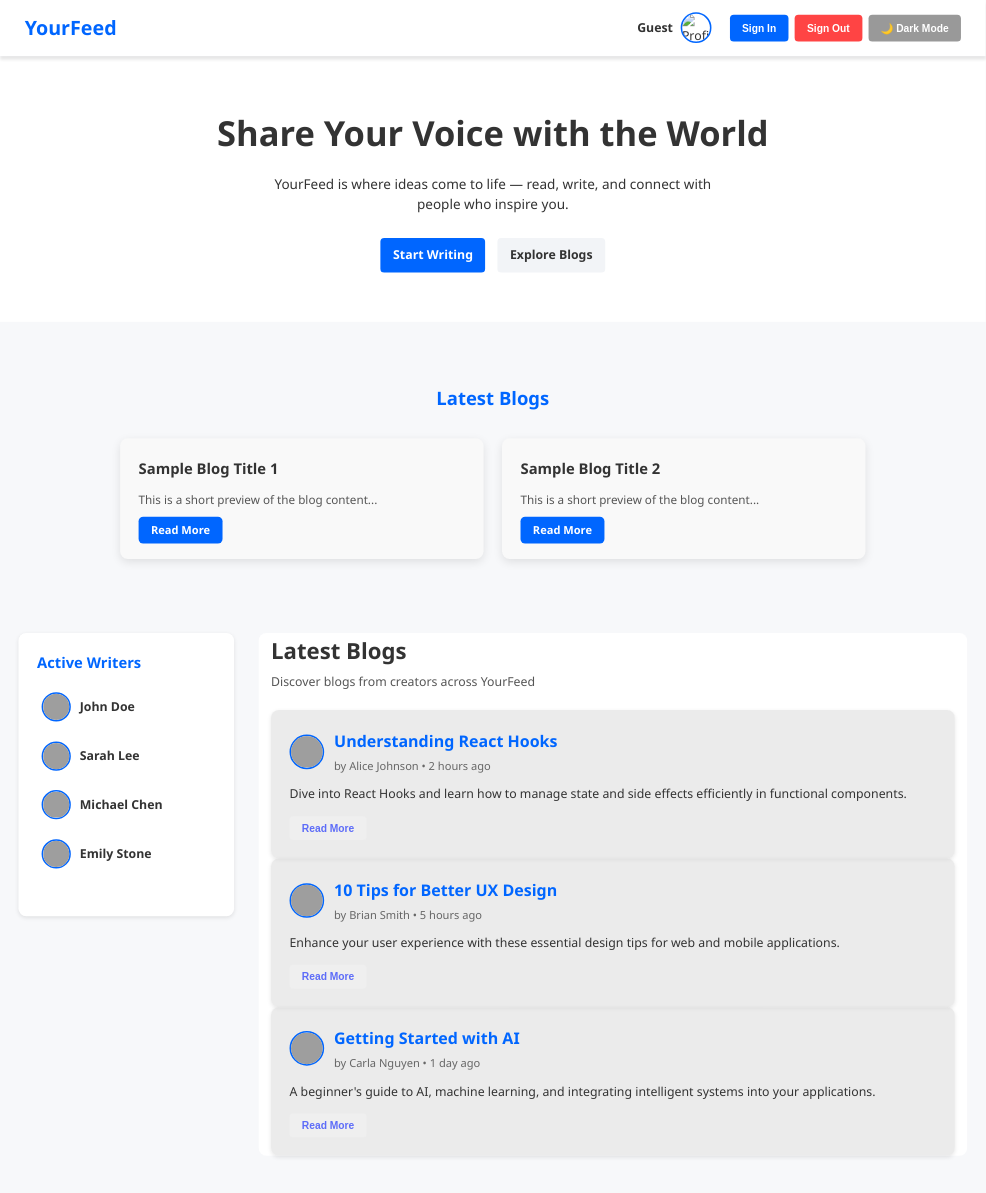
Repository: rizwanahmed2022/YourFees-BlogingApp
Page: index.html
The author's editor kept a copy of each file at every save. The page is drawn from the files as they stood at one save, then again after the next save.
The browser window is 1280 px wide. The pictures show the whole page, at 77% of full size.
Pictures or frames that could not be fetched are drawn as grey boxes.

Above is the page before, as saved 2025-11-09 21:49:44.

### index.html
<!DOCTYPE html>
<html lang="en">
<head>
  <meta charset="UTF-8" />
  <meta name="viewport" content="width=device-width, initial-scale=1.0" />
  <title>Home | YourFeed</title>
  <link rel="stylesheet" href="styles/home.css">
</head>
<body>

  <!-- Navbar -->
  <header class="navbar">
    <div class="logo">YourFeed</div>

    <div class="user-section">
      <div class="user-info">
        <span class="user-name">Guest</span>
        <img src="#" alt="Profile Picture" class="profile-pic">
      </div>

      <div class="auth-buttons">
        <button id="signin-btn" class="btn sign-in"><a style="color: white; text-decoration: none;" href="login.html">Sign In</a></button>
        <button id="logout-btn" class="btn sign-out"><a style="color: white; text-decoration: none;" href="register.html">Sign Out</a></button>
        <button id="dark-mode-toggle" class="btn">🌙 Dark Mode</button>
      </div>
    </div>
  </header>




<!-- Hero Section -->
<section class="hero">
  <div class="hero-content">
    <h1>Share Your Voice with the World</h1>
    <p>YourFeed is where ideas come to life — read, write, and connect with people who inspire you.</p>
    <div class="hero-buttons">
      <a id="startwriting" href="post.html" class="btn primary">Start Writing</a>
      <a href="#" class="btn secondary">Explore Blogs</a>
    </div>
  </div>
</section>

<!-- Latest Blogs Section -->
<section class="latest-blogs">
  <h2>Latest Blogs</h2>
  <div class="blogs-container">
    <!-- Blog items will be added here dynamically -->
    <div class="blog-item">
      <h3>Sample Blog Title 1</h3>
      <p>This is a short preview of the blog content...</p>
      <a href="#" class="btn read-more">Read More</a>
    </div>
    <div class="blog-item">
      <h3>Sample Blog Title 2</h3>
      <p>This is a short preview of the blog content...</p>
      <a href="#" class="btn read-more">Read More</a>
    </div>
  </div>
</section>

  <!-- Main Layout: Sidebar + Feed -->
  <main class="main-layout">

    <!-- Sidebar -->
    <aside class="sidebar">
      <h3 class="sidebar-title">Active Writers</h3>
      <ul class="user-list">
        <li><img src="https://randomuser.me/api/portraits/men/11.jpg" alt="John Doe"><span>John Doe</span></li>
        <li><img src="https://randomuser.me/api/portraits/women/17.jpg" alt="Sarah Lee"><span>Sarah Lee</span></li>
        <li><img src="https://randomuser.me/api/portraits/men/5.jpg" alt="Michael Chen"><span>Michael Chen</span></li>
        <li><img src="https://randomuser.me/api/portraits/women/33.jpg" alt="Emily Stone"><span>Emily Stone</span></li>
      </ul>


    </aside>

    <!-- Feed Section -->
    <section class="feed-section">
      <h2 class="section-title">Latest Blogs</h2>
      <p class="section-subtitle">Discover blogs from creators across YourFeed</p
      <div class="feed">
        <!-- Blog Card 1 -->
        <div class="blog-card">
          <div class="blog-header">
            <img src="https://randomuser.me/api/portraits/men/20.jpg" alt="Alice" class="user-avatar">
            <div class="blog-info">
              <div class="blog-title">Understanding React Hooks</div>
              <div class="blog-meta">by Alice Johnson • 2 hours ago</div>
            </div>
          </div>
          <p class="blog-desc">
            Dive into React Hooks and learn how to manage state and side effects efficiently in functional components.
          </p>
          <button class="see-all-btn">Read More</button>
        </div>

        <!-- Blog Card 2 -->
        <div class="blog-card">
          <div class="blog-header">
            <img src="https://randomuser.me/api/portraits/women/22.jpg" alt="Brian" class="user-avatar">
            <div class="blog-info">
              <div class="blog-title">10 Tips for Better UX Design</div>
              <div class="blog-meta">by Brian Smith • 5 hours ago</div>
            </div>
          </div>
          <p class="blog-desc">
            Enhance your user experience with these essential design tips for web and mobile applications.
          </p>
          <button class="see-all-btn">Read More</button>
        </div>

        <!-- Blog Card 3 -->
        <div class="blog-card">
          <div class="blog-header">
            <img src="https://randomuser.me/api/portraits/men/30.jpg" alt="Carla" class="user-avatar">
            <div class="blog-info">
              <div class="blog-title">Getting Started with AI</div>
              <div class="blog-meta">by Carla Nguyen • 1 day ago</div>
            </div>
          </div>
          <p class="blog-desc">
            A beginner's guide to AI, machine learning, and integrating intelligent systems into your applications.
          </p>
          <button class="see-all-btn">Read More</button>
        </div>
      </div>
    </section>
  </main>

  <!-- Dark Mode & Auth JS -->
  <script>
    const darkModeToggle = document.getElementById('dark-mode-toggle');
    darkModeToggle.addEventListener('click', () => {
      document.body.classList.toggle('dark-mode');
      if(document.body.classList.contains('dark-mode')){
        darkModeToggle.textContent = '☀️ Light Mode';
      } else {
        darkModeToggle.textContent = '🌙 Dark Mode';
      }
    });

  </script>

</body>
</html>

### styles/home.css

    /* ===================
       Color Variables
    =================== */
    :root {
      --color-primary: #0066ff;
      --color-primary-hover: #0052cc;
      --color-danger: #ff4444;
      --color-danger-hover: #cc0000;

      --color-bg: #ffffff;
      --color-bg-light: #f7f8fa;
      --color-text: #333333;
      --color-shadow: rgba(0, 0, 0, 0.1);

      --color-dark-bg: #1e1e1e;
      --color-dark-bg-light: #2c2c2c;
      --color-dark-text: #f0f0f0;
    }

    /* ===================
       General Reset
    =================== */
    * {
      margin: 0;
      padding: 0;
      box-sizing: border-box;
    }

    body {
      font-family: "Segoe UI", Tahoma, Geneva, Verdana, sans-serif;
      background-color: var(--color-bg-light);
      color: var(--color-text);
      line-height: 1.6;
      transition: background-color 0.3s, color 0.3s;
    }

    body.dark-mode {
      background-color: var(--color-dark-bg-light);
      color: var(--color-dark-text);
    }

    /* ===================
       Navbar Base
    =================== */
    .navbar {
      display: flex;
      justify-content: space-between;
      align-items: center;
      background-color: var(--color-bg);
      padding: 1rem 2rem;
      box-shadow: 0 5px 4px var(--color-shadow);
      position: sticky;
      top: 0;
      z-index: 100;
      flex-wrap: wrap;
      transition: background-color 0.3s;
    }

    body.dark-mode .navbar {
      background-color: var(--color-dark-bg);
    }

    .logo {
      font-size: 1.6rem;
      font-weight: 700;
      color: var(--color-primary);
      cursor: pointer;
    }

    /* ===================
       Nav Links
    =================== */
    .nav-links {
      display: flex;
      align-items: center;
      gap: 1.5rem;
    }

    .nav-item {
      text-decoration: none;
      color: var(--color-text);
      font-weight: 600;
      transition: color 0.2s ease;
    }

    .nav-item:hover {
      color: var(--color-primary);
    }

    /* ===================
       User Section
    =================== */
    .user-section {
      display: flex;
      align-items: center;
      gap: 1.5rem;
    }

    .user-info {
      display: flex;
      align-items: center;
      gap: 0.6rem;
    }

    .user-name {
      font-weight: 600;
      color: var(--color-text);
    }

    body.dark-mode .user-name {
      color: var(--color-dark-text);
    }

    .profile-pic {
      width: 40px;
      height: 40px;
      border-radius: 50%;
      object-fit: cover;
      border: 2px solid var(--color-primary);
      cursor: pointer;
      transition: transform 0.2s;
    }

    .profile-pic:hover {
      transform: scale(1.05);
    }

    /* ===================
       Auth Buttons
    =================== */
    .auth-buttons {
      display: flex;
      gap: 0.5rem;
    }

    a{
      text-decoration: none;
    }
    .btn {
      padding: 0.6rem 1rem;
      border: none;
      border-radius: 5px;
      font-weight: 600;
      cursor: pointer;
      transition: background-color 0.2s, transform 0.1s;
    }

    .btn:active {
      transform: scale(0.97);
    }

    .sign-in {
      background-color: var(--color-primary);
      color: white;
    }

    .sign-in:hover {
      background-color: var(--color-primary-hover);
    }

    .sign-out {
      background-color: var(--color-danger);
      color: white;
    }

    .sign-out:hover {
      background-color: var(--color-danger-hover);
    }

    /* Dark mode toggle */
    #dark-mode-toggle {
      background-color: #999;
      color: #fff;
    }

    /* ===================
       Responsive Navbar
    =================== */
    @media (max-width: 900px) {
      .navbar {
        padding: 1rem;
      }

      .nav-links {
        flex: 1 1 100%;
        justify-content: center;
        margin-top: 0.5rem;
      }

      .user-section {
        flex: 1 1 100%;
        justify-content: space-between;
        margin-top: 0.5rem;
      }
    }

    @media (max-width: 600px) {
      .navbar {
        flex-direction: column;
        align-items: flex-start;
        padding: 1rem;
      }

      .logo {
        font-size: 1.4rem;
        margin-bottom: 0.5rem;
      }

      .nav-links {
        width: 100%;
        flex-direction: column;
        align-items: flex-start;
        gap: 0.5rem;
      }

      .nav-item {
        font-size: 1rem;
        width: 100%;
      }

      .user-section {
        width: 100%;
        flex-direction: column;
        align-items: flex-start;
        gap: 0.8rem;
      }

      .auth-buttons {
        width: 100%;
        flex-direction: column;
      }

      .btn {
        width: 100%;
      }

      .user-name {
        display: inline;
      }
    }

    /* ===================
   Responsive Navbar
=================== */
@media (max-width: 600px) {
  .navbar {
    flex-direction: row;
    justify-content: space-between;
    align-items: center;
    padding: 0.8rem 1rem;
  }

  .logo {
    font-size: 1.4rem;
  }

  .nav-links {
    display: none; /* hide nav links on mobile */
  }

  .user-section {
    flex-direction: row;
    align-items: center;
    gap: 0.5rem;
  }

  .user-name {
    display: none; /* hide username */
  }

  .auth-buttons button {
    display: none; /* hide all auth buttons */
  }

  #dark-mode-toggle {
    display: inline-block; /* only show dark mode toggle */
    width: auto;
    padding: 0.4rem 0.6rem;
    font-size: 1.2rem;
  }
}
/* ===================
   Hero Section
=================== */
.hero {
  background-color: var(--color-bg);
  color: var(--color-text);
  text-align: center;
  padding: 4rem 1rem;
}

.hero-content h1 {
  font-size: 2.8rem;
  margin-bottom: 1rem;
}

.hero-content p {
  font-size: 1.1rem;
  margin-bottom: 2rem;
  max-width: 600px;
  margin-left: auto;
  margin-right: auto;
  line-height: 1.5;
}

.hero-buttons {
  display: flex;
  justify-content: center;
  gap: 1rem;
  flex-wrap: wrap;
}

.btn.primary {
  background-color: var(--color-primary);
  color: white;
}

.btn.primary:hover {
  background-color: var(--color-primary-hover);
}

.btn.secondary {
  background-color: #f2f4f7;
  color: var(--color-text);
}

.btn.secondary:hover {
  background-color: #e2e6ea;
}

/* ===================
   Latest Blogs Section
=================== */
.latest-blogs {
  background-color: var(--color-card-bg);
  padding: 3rem 1rem;
  margin-top: 2rem;
  border-radius: 12px;
  max-width: 1000px;
  margin-left: auto;
  margin-right: auto;
}

.latest-blogs h2 {
  text-align: center;
  margin-bottom: 2rem;
  color: var(--color-primary);
}

.blogs-container {
  display: grid;
  grid-template-columns: repeat(auto-fit, minmax(250px, 1fr));
  gap: 1.5rem;
}

.blog-item {
  background-color: #f9f9f9;
  padding: 1.5rem;
  border-radius: 10px;
  box-shadow: 0 4px 12px rgba(0,0,0,0.1);
}

.blog-item h3 {
  margin-bottom: 0.8rem;
  font-size: 1.2rem;
  color: var(--color-text);
}

.blog-item p {
  font-size: 0.95rem;
  margin-bottom: 1rem;
  color: #555;
}

.blog-item .read-more {
  text-decoration: none;
  background-color: var(--color-primary);
  color: white;
  padding: 0.5rem 1rem;
  border-radius: 6px;
  font-size: 0.9rem;
}

.blog-item .read-more:hover {
  background-color: var(--color-primary-hover);
}

/* ===================
   Responsive
=================== */
@media (max-width: 600px) {
  .hero-content h1 {
    font-size: 2rem;
  }

  .hero-content p {
    font-size: 1rem;
  }

  .blogs-container {
    grid-template-columns: 1fr;
  }

  .blog-item {
    padding: 1rem;
  }
}


    /* ===================
       Sidebar + Layout
    =================== */
    .main-layout {
      display: grid;
      grid-template-columns: 280px 1fr;
      gap: 2rem;
      max-width: 1300px;
      margin: 3rem auto;
      padding: 0 1.5rem;
    }

    .sidebar {
      background-color: var(--color-bg);
      box-shadow: 0 2px 6px var(--color-shadow);
      border-radius: 10px;
      padding: 1.5rem;
      height: fit-content;
      position: sticky;
      top: 90px;
      transition: background-color 0.3s;
    }

    body.dark-mode .sidebar {
      background-color: var(--color-dark-bg);
    }

    .sidebar-title {
      font-size: 1.2rem;
      font-weight: 700;
      color: var(--color-primary);
      margin-bottom: 1rem;
    }

    body.dark-mode .sidebar-title {
      color: #89aaff;
    }

    /* User List */
    .user-list {
      list-style: none;
      margin-bottom: 2rem;
    }

    .user-list li {
      display: flex;
      align-items: center;
      gap: 0.7rem;
      margin-bottom: 0.8rem;
      cursor: pointer;
      transition: background-color 0.2s ease, transform 0.1s;
      padding: 0.4rem;
      border-radius: 5px;
    }

    .user-list li:hover {
      background-color: var(--color-bg-light);
      transform: scale(1.02);
    }

    body.dark-mode .user-list li:hover {
      background-color: var(--color-dark-bg-light);
    }

    .user-list img {
      width: 38px;
      height: 38px;
      border-radius: 50%;
      border: 2px solid var(--color-primary);
    }

    .user-list span {
      font-weight: 600;
      color: var(--color-text);
    }

    body.dark-mode .user-list span {
      color: var(--color-dark-text);
    }

    /* Trending Tags */
    .sidebar-section {
      margin-top: 1.5rem;
    }

    .tags {
      display: flex;
      flex-wrap: wrap;
      gap: 0.6rem;
    }

    .tags span {
      background-color: var(--color-bg-light);
      color: var(--color-primary);
      padding: 0.3rem 0.7rem;
      border-radius: 20px;
      font-size: 0.9rem;
      cursor: pointer;
      transition: all 0.2s ease;
    }

    .tags span:hover {
      background-color: var(--color-primary);
      color: #fff;
    }

    body.dark-mode .tags span {
      background-color: var(--color-dark-bg-light);
      color: var(--color-primary);
    }

    body.dark-mode .tags span:hover {
      background-color: var(--color-primary);
      color: #fff;
    }

    /* ===================
       Feed Section
    =================== */
    .feed-section {
      background-color: var(--color-bg);
      padding: 0 1rem;
      border-radius: 10px;
      transition: background-color 0.3s;
    }

    body.dark-mode .feed-section {
      background-color: var(--color-dark-bg);
    }

    .section-title {
      font-size: 1.8rem;
      font-weight: 700;
      color: var(--color-text);
      margin-bottom: 0.3rem;
    }

    body.dark-mode .section-title {
      color: var(--color-dark-text);
    }

    .section-subtitle {
      font-size: 1rem;
      color: #555;
      margin-bottom: 1.5rem;
    }

    body.dark-mode .section-subtitle {
      color: #aaa;
    }

    .feed {
      display: grid;
      gap: 1.5rem;
    }

    /* Blog Card */
    .blog-card {
      background-color: rgba(214, 214, 214, 0.486);
      border-radius: 10px;
      box-shadow: 0 2px 6px var(--color-shadow);
      padding: 1.5rem;
      transition: transform 0.2s, box-shadow 0.2s, background-color 0.3s;
    }

    body.dark-mode .blog-card {
      background-color: rgba(50, 50, 50, 0.6);
    }

    .blog-card:hover {
      transform: translateY(-3px);
      box-shadow: 0 4px 10px rgba(0, 0, 0, 0.12);
    }

    .blog-header {
      display: flex;
      align-items: center;
      gap: 0.8rem;
      margin-bottom: 0.8rem;
    }

    .user-avatar {
      width: 45px;
      height: 45px;
      border-radius: 50%;
      object-fit: cover;
      border: 2px solid var(--color-primary);
    }

    .blog-info {
      display: flex;
      flex-direction: column;
    }

    .blog-title {
      font-size: 1.3rem;
      font-weight: 700;
      color: var(--color-primary);
      margin-bottom: 0.2rem;
    }

    .blog-meta {
      font-size: 0.9rem;
      color: #666;
    }

    body.dark-mode .blog-meta {
      color: #ccc;
    }

    .blog-desc {
      font-size: 1rem;
      color: var(--color-text);
      line-height: 1.6;
      margin-bottom: 1rem;
    }

    body.dark-mode .blog-desc {
      color: #ddd;
    }

    .see-all-btn {
      align-self: flex-start;
      padding: 0.5rem 1rem;
      color: #5d6cf8;
      font-weight: 600;
      border: none;
      border-radius: 5px;
      cursor: pointer;
      transition: background-color 0.2s ease, transform 0.1s ease, color 0.2s;
    }

    .see-all-btn:hover {
      color: #3542b3;
    }

    .see-all-btn:active {
      transform: scale(0.97);
    }

    /* ===================
       Responsive Layout
    =================== */
    @media (max-width: 900px) {
      .main-layout {
        grid-template-columns: 1fr;
      }

      .sidebar {
        position: relative;
        top: 0;
        margin-bottom: 1.5rem;
      }
    }

    @media (max-width: 600px) {
      .main-layout {
        padding: 0 1rem;
      }

      .sidebar {
        padding: 1rem;
      }

      .tags span {
        font-size: 0.8rem;
        padding: 0.3rem 0.5rem;
      }
    }

After the next save:
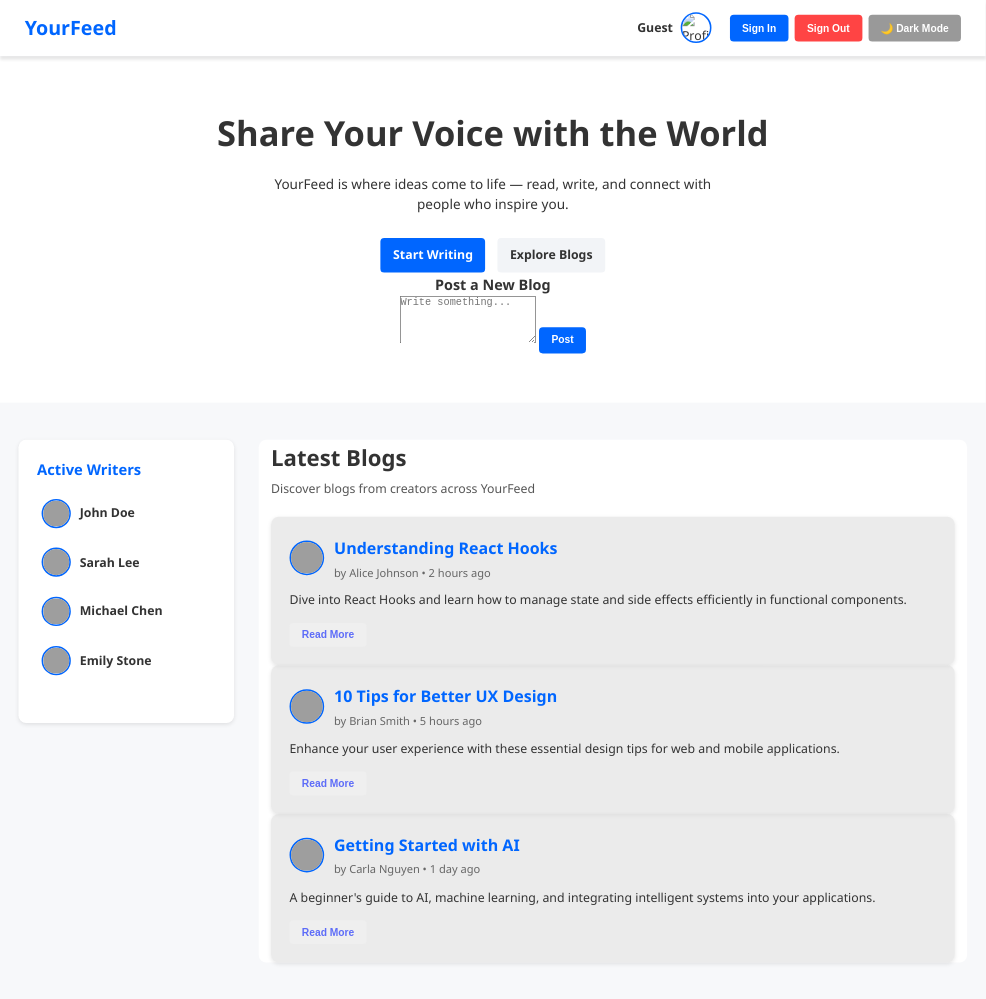
Saved 94 s later.
--- a/index.html
+++ b/index.html
@@ -34,27 +34,17 @@
   <div class="hero-content">
     <h1>Share Your Voice with the World</h1>
     <p>YourFeed is where ideas come to life — read, write, and connect with people who inspire you.</p>
+
     <div class="hero-buttons">
       <a id="startwriting" href="post.html" class="btn primary">Start Writing</a>
       <a href="#" class="btn secondary">Explore Blogs</a>
     </div>
-  </div>
-</section>
 
-<!-- Latest Blogs Section -->
-<section class="latest-blogs">
-  <h2>Latest Blogs</h2>
-  <div class="blogs-container">
-    <!-- Blog items will be added here dynamically -->
-    <div class="blog-item">
-      <h3>Sample Blog Title 1</h3>
-      <p>This is a short preview of the blog content...</p>
-      <a href="#" class="btn read-more">Read More</a>
-    </div>
-    <div class="blog-item">
-      <h3>Sample Blog Title 2</h3>
-      <p>This is a short preview of the blog content...</p>
-      <a href="#" class="btn read-more">Read More</a>
+    <!-- Post New Blog Box -->
+    <div class="new-post-box">
+      <h3>Post a New Blog</h3>
+      <textarea placeholder="Write something..." rows="4"></textarea>
+      <button class="btn primary">Post</button>
     </div>
   </div>
 </section>
